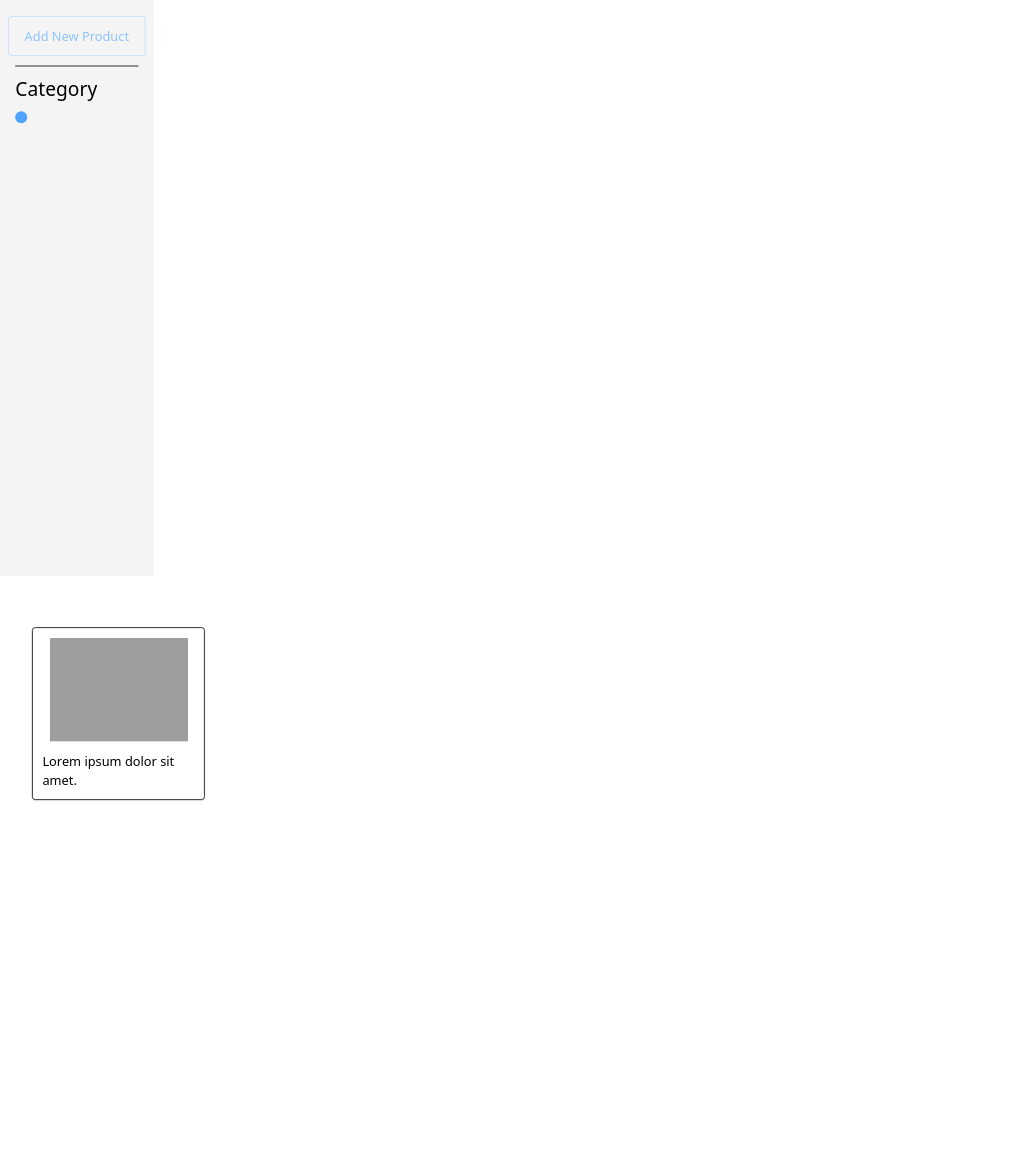
Repository: Habeebur1493/project
Page: /Home
These files come from the project's save history. The page is drawn as it stood at one moment and after the next save; the edit follows.
The browser window is 1280 px wide. The pictures show the whole page, at 80% of full size.
Pictures or frames that could not be fetched are drawn as grey boxes. The project was rebuilt for these pictures with package versions that can differ from the ones it lists, and the page was loaded fresh each time. Also part of the build but not shown: vite.config.js, src/Components/Login.jsx.

Above is the page before, as saved 2025-01-31 02:15:15.

### index.html
<!doctype html>
<html lang="en">
  <head>
    <meta charset="UTF-8" />
    <meta name="viewport" content="width=device-width, initial-scale=1.0" />
    <title>Project</title>
  </head>
  <body>
    <div id="root"></div>
    <script type="module" src="/src/main.jsx"></script>
  </body>
</html>

### src/main.jsx
import React from "react";
import { createRoot } from "react-dom/client";
import App from "./App.jsx";
import { BrowserRouter } from "react-router-dom";

createRoot(document.getElementById("root")).render(

    <BrowserRouter>
      <App />
    </BrowserRouter>

);

### src/App.jsx
import React from 'react'
import './App.css'
import { Route, Routes } from 'react-router-dom'
import Login from './Components/Login.jsx'
import Home from './Components/Home.jsx'

const App = () => {
  return (
    <>

    <Routes>
      <Route path="/" element={<Login />} />
      <Route path="/Home" element={<Home />} />
    </Routes>
    </>

  )
}

export default App

### src/Components/Home.jsx
import React from 'react'


const Home = () => {
  return (
    <div className='h-screen w-screen'>
      <nav className='w-[15%] h-full bg-zinc-100 flex flex-col items-center pt-5'>
        <a className='py-3 px-5 border rounded border-blue-200 text-blue-300'
        href="/create">
          Add New Product
        </a>
        <hr  className='my-3 w-[80%]'/>
        <h1 className='text-2xl mb-3 w-[80%]'>Category</h1>
        <ul className='w-[80%]'>
          <li className='flex items-center mb-3'>
          <span className='rounded-full mr-2 w-[15px] h-[15px] bg-blue-400'></span>
          </li>
        </ul>
      </nav>

    <div className='h-full w-85% p-10 pt-[5%]'>

        <div className='card p-3 border shadow rounded w-[18%] h-[30vh] flex flex-col justify-center items-center'>

            <div
               className='hover:scale-110 mb-3 w-full h-[80%] bg-contain bg-no-repeat bg-center'
               style={{
                  backgroundImage:
                      "url(https://fakestoreapi.com/img/81fPKd-2AYL._AC_SL1500_.jpg)",
               }}
            ></div>
            <h1>Lorem ipsum dolor sit amet.</h1>
        </div>
    </div>
    </div>
  )
}

export default Home

Loaded but not shown: src/App.css (common file)

After the next save:
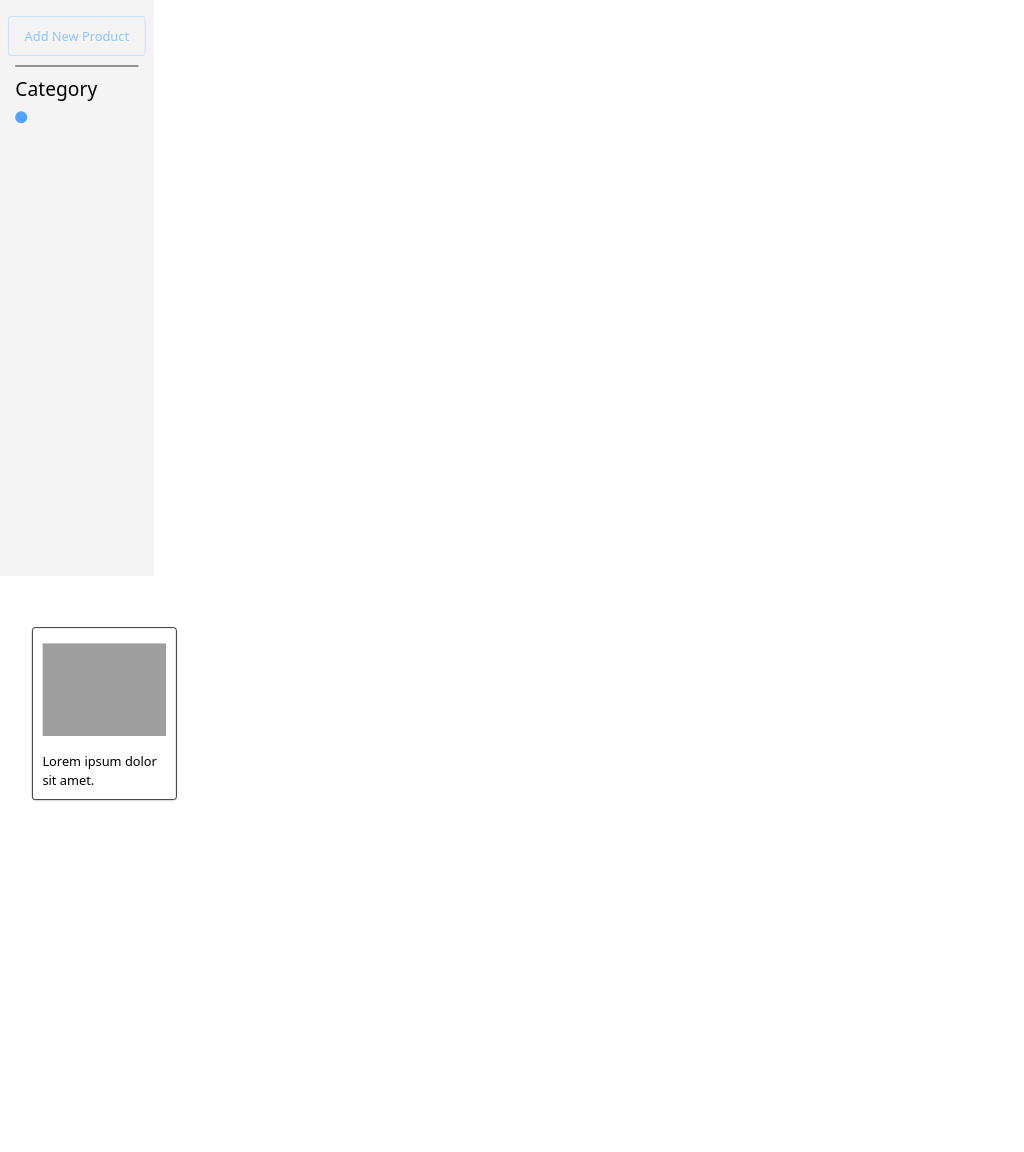
Saved 92 s later.
--- a/src/Components/Home.jsx
+++ b/src/Components/Home.jsx
@@ -18,7 +18,7 @@ const Home = () => {
         </ul>
       </nav>
 
-    <div className='h-full w-85% p-10 pt-[5%]'>
+    <div className='h-full w-[85%] p-10 pt-[5%]'>
 
         <div className='card p-3 border shadow rounded w-[18%] h-[30vh] flex flex-col justify-center items-center'>
 
